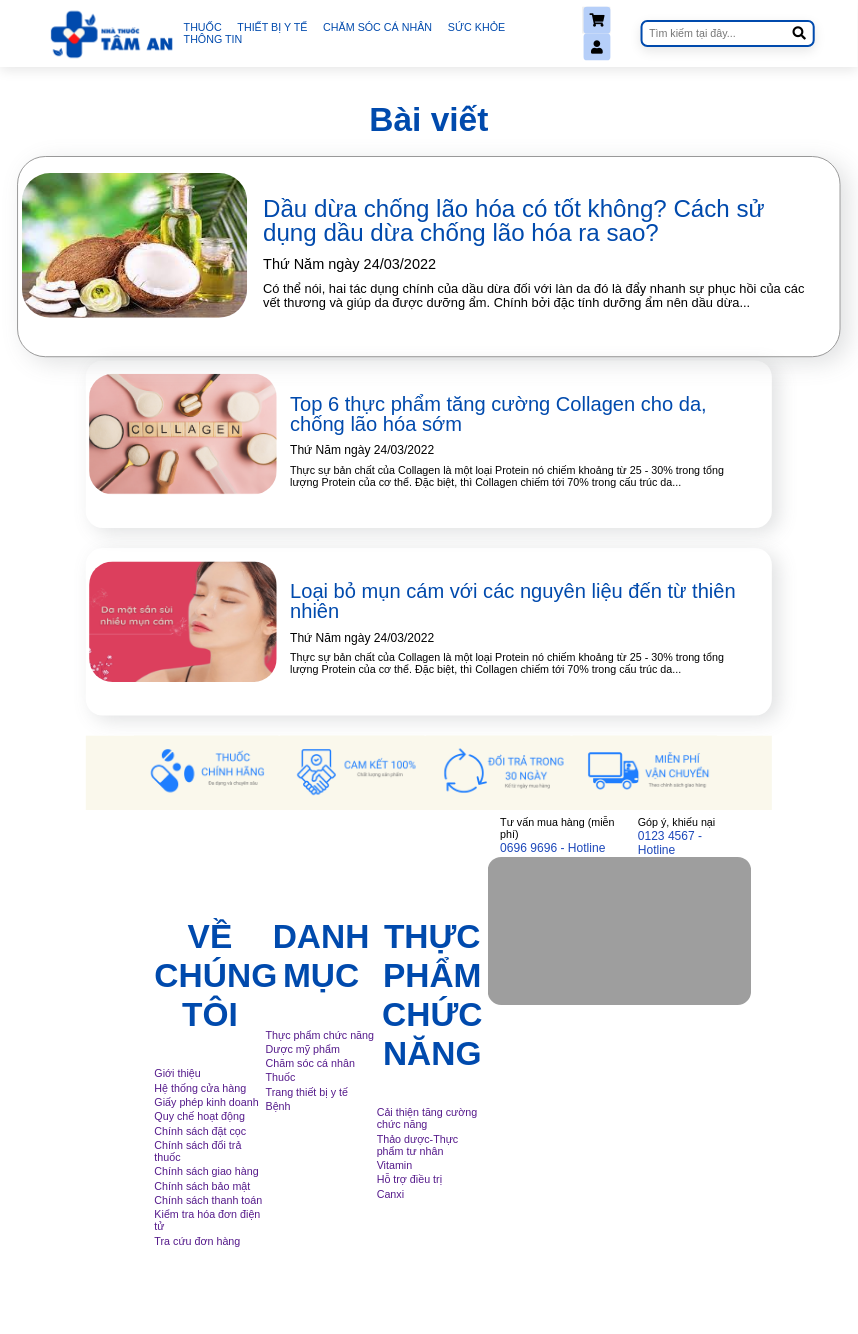
Repository: ViralAIWorks/TamAnPharmacy.github.io
Page: pages/chamsoccanhan.html
An editor plug-in stored every save of this project. The page is shown before and after the next save, followed by the edit.
The browser window is 1280 px wide. The pictures show the whole page, at 67% of full size.
The pointer rests on the first visible `.t-news`.
Pictures or frames that could not be fetched are drawn as grey boxes. Some web fonts or font styles are not loaded; a fallback is used.

Above is the page before, as saved 2022-03-23 19:24:07.
Console error: ReferenceError: Swiper is not defined

After the next save:
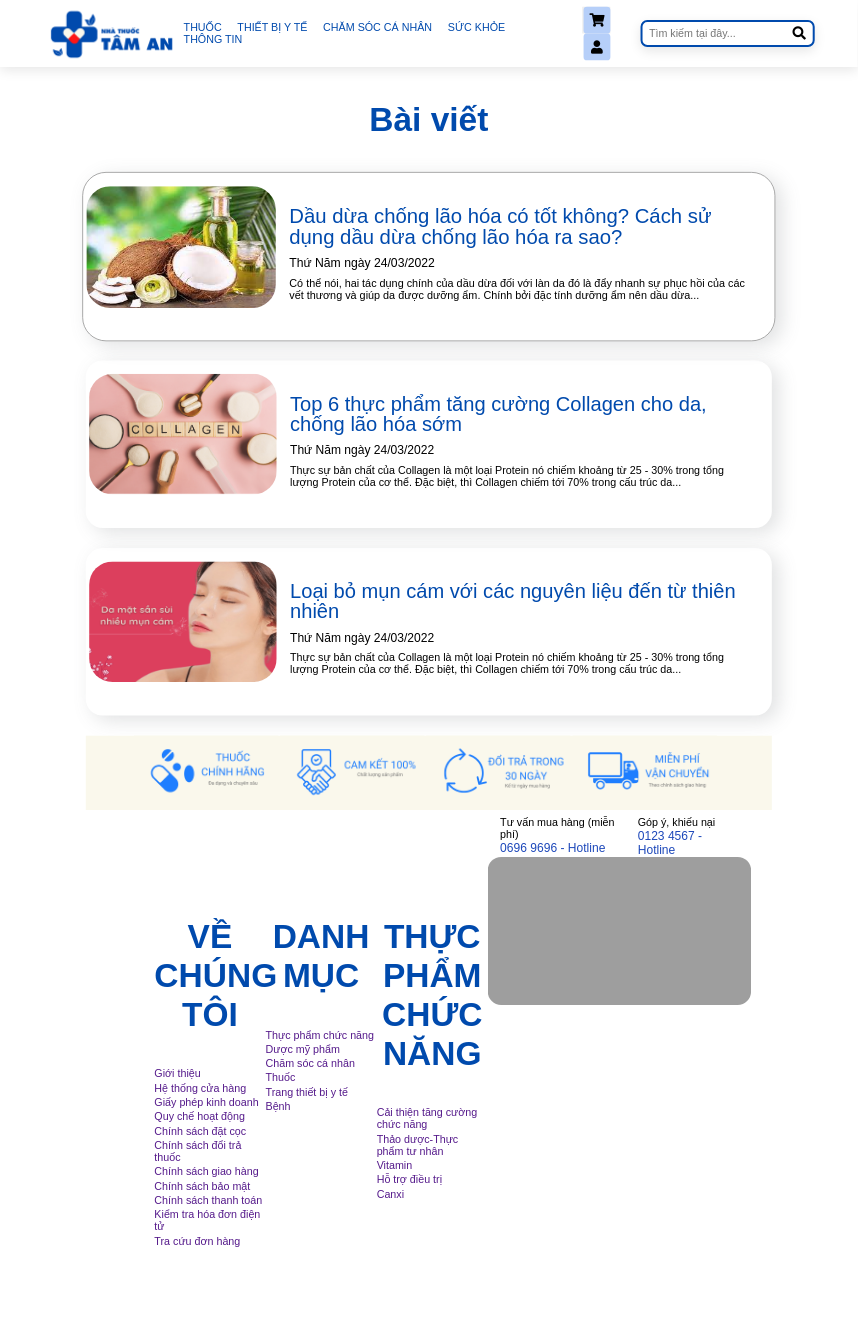
Saved 7 s later.
--- a/pages/chamsoccanhan.css
+++ b/pages/chamsoccanhan.css
@@ -254,5 +254,5 @@
     border: 0.5px solid grey;
     border-radius: 35px;
     box-shadow: rgba(100, 103, 111, 0.2) 10px 7px 29px 0px;
-    transform: scale(1.2);
-}
+    transform: scale(1.01);
+}
